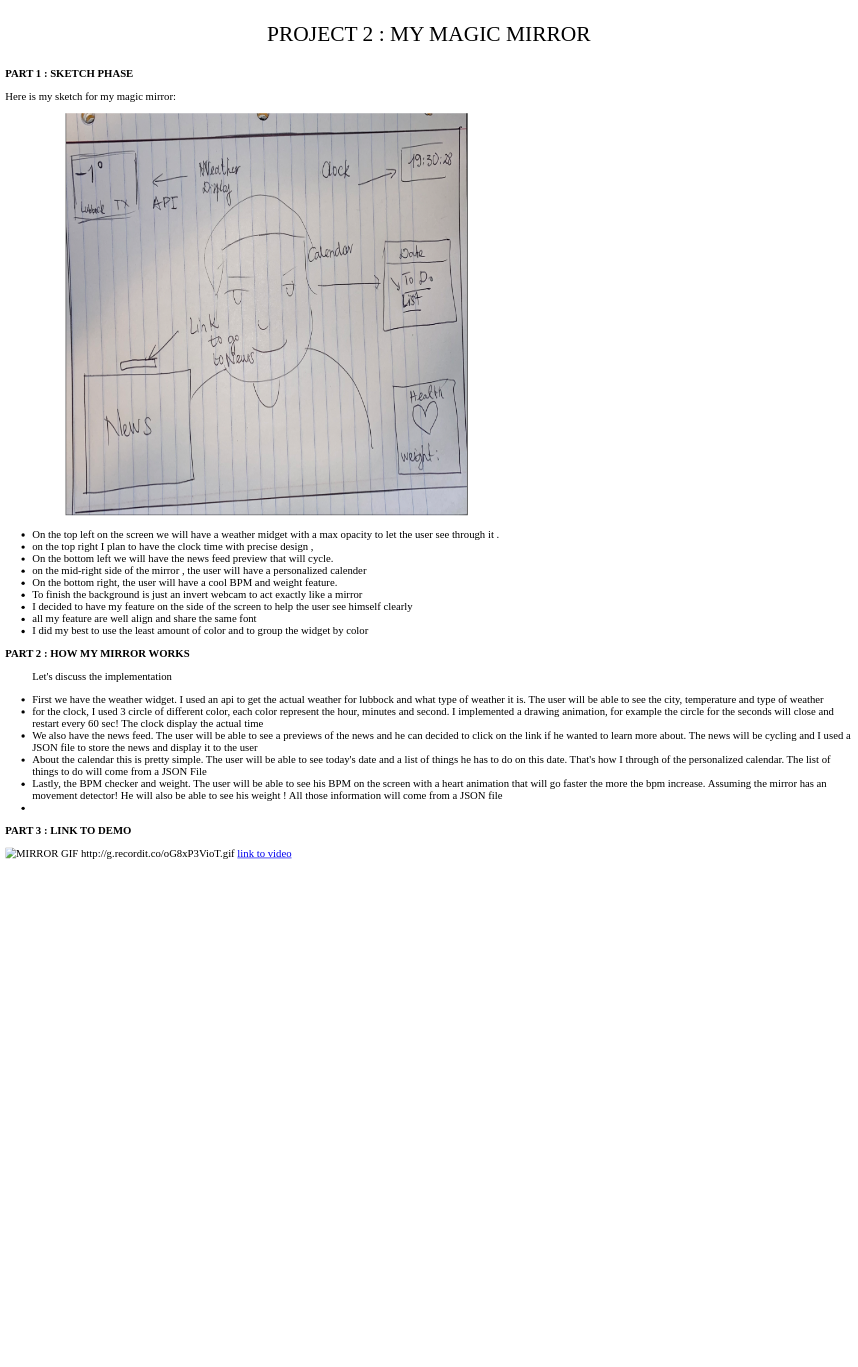
Repository: Chrisrk99/Chrisrk99.github-io
Page: index.html
The author's editor kept a copy of each file at every save. The page is drawn from the files as they stood at one save, then again after the next save.
The browser window is 1280 px wide. The pictures show the whole page, at 67% of full size.

Above is the page before, as saved 2022-11-15 21:52:28.
Not found: ”http://g.recordit.co/oG8xP3VioT.gif”

### index.html
<!DOCTYPE html>
<html>

<head>
  <title>  Personnal Magic Mirror</title>
</head>
<body style= "height:2000px;">


  <p class="title" style="text-align: center; font-size:xx-large; "> PROJECT 2 : MY MAGIC MIRROR </p>
  <p> <b>PART 1 : SKETCH PHASE </b>  </p>


  <p>Here is my sketch for my magic mirror:</p>

  <img  style="height: 600px; width:600px; margin-left:90px" src="SKETCH.png" >

  <ul>

   <li>On the top left on the screen we will have a weather midget with a max opacity to let the user see through it . </li>
   <li>on the top right I plan to have the clock time with precise design , </li>
   <li>On the bottom left we will have the news feed preview that will cycle.</li>
   <li>on the mid-right side of the mirror , the user will have a personalized calender </li>
   <li>On the bottom right, the user will have a cool BPM and weight feature. </li>
   <li>To finish the background is just an invert webcam to act exactly like a mirror</li>
   <li>I decided to have my feature on the side of the screen to help the user see himself clearly</li>
   <li> all my feature are well align and share the same font</li>
   <li>I did my best to use the least amount of color and to group the widget by color</li>

  </ul>

<p><b> PART 2 : HOW MY MIRROR WORKS </b></p>

<ul>
   <p>Let's discuss the implementation</p>
  <li> First we have the weather widget. I used an api to get the actual weather for lubbock and what type of weather it is. The user will be able to see the city, temperature and type of weather </li>
  <li> for the clock, I used 3 circle of different color, each color represent the hour, minutes and second. I implemented a drawing animation, for example the circle for the seconds will close and restart every 60 sec! The clock display the actual time</li>
  <li> We also have the news feed. The user will be able to see a previews of the news and he can decided to click on the link if he wanted to learn more about. The news will be cycling and I used a JSON file to store the news and display it to the user</li>
  <li> About the calendar this is pretty simple. The user will be able to see today's date and a list of things he has to do on this date. That's how I through of the personalized calendar. The list of things to do will come from a JSON File</li>
  <li> Lastly, the BPM checker and weight. The user will be able to see his BPM on the screen with a heart animation that will go faster the more the bpm increase. Assuming the mirror has an movement detector! He will also be able to see his weight ! All those information will come from a JSON file</li>
  <li></li>
 </ul>


 <p><b> PART 3 : LINK TO DEMO </b></p>

 <img src=”http://g.recordit.co/oG8xP3VioT.gif” alt="MIRROR GIF"/>

 http://g.recordit.co/oG8xP3VioT.gif
 <a href="https://youtu.be/R79XTKayW5Q" target="_blank">link to video</a>



</body>
</html>

After the next save:
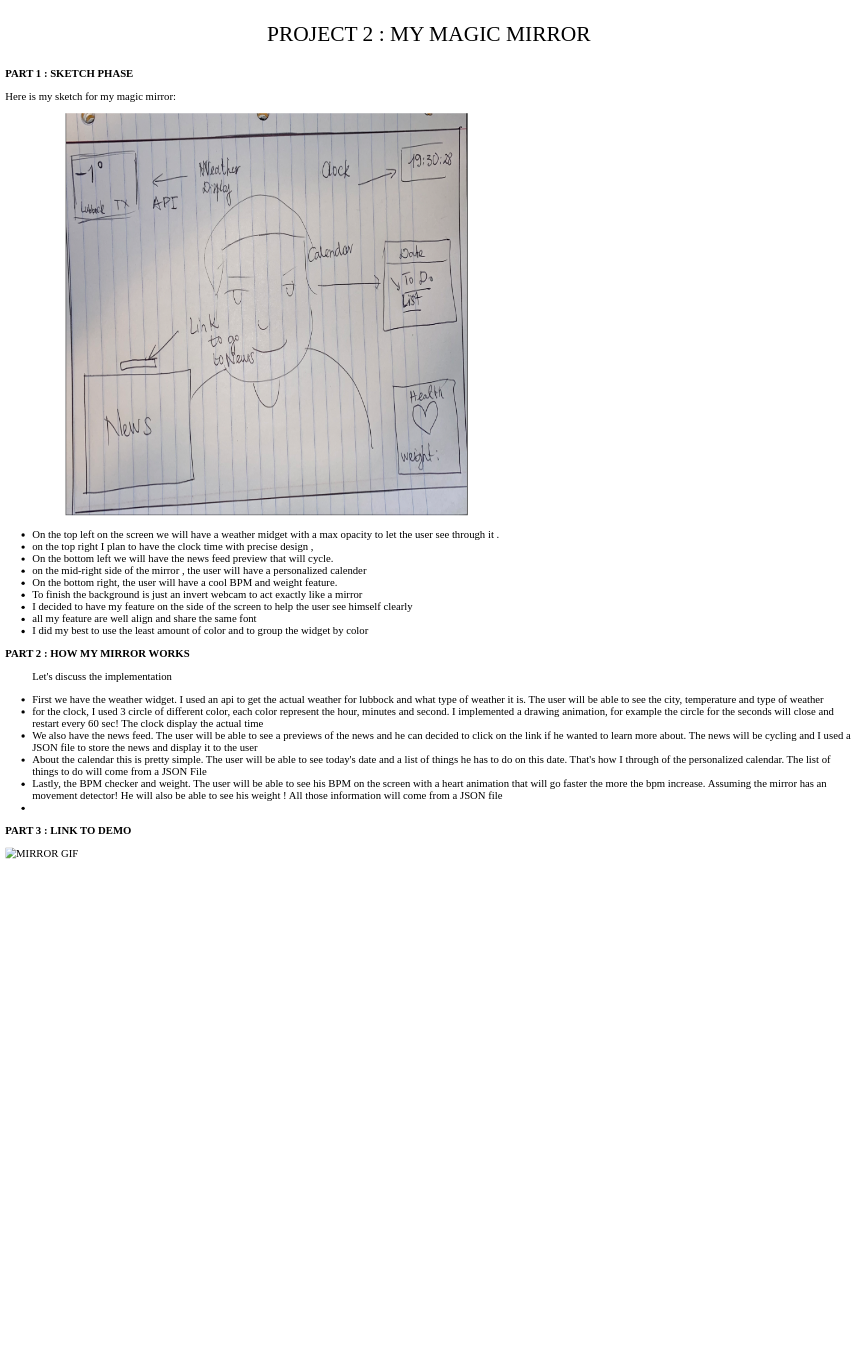
Saved 21 s later.
--- a/index.html
+++ b/index.html
@@ -46,8 +46,8 @@
 
  <img src=”http://g.recordit.co/oG8xP3VioT.gif” alt="MIRROR GIF"/>
 
- http://g.recordit.co/oG8xP3VioT.gif
- <a href="https://youtu.be/R79XTKayW5Q" target="_blank">link to video</a>
+
+ <!-- <a href="https://youtu.be/R79XTKayW5Q" target="_blank">link to video</a> -->
 
 
 
